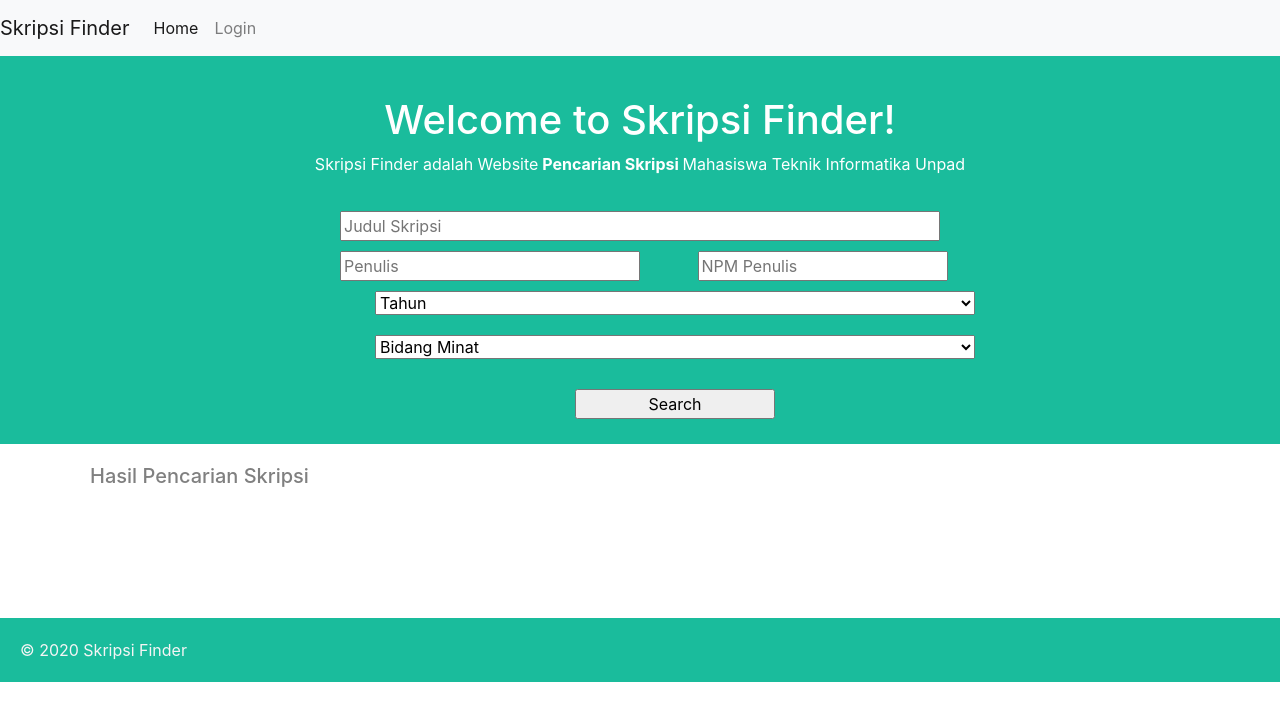
Repository: faalihnst/berita
Page: /
An editor plug-in stored every save of this project. The page is shown before and after the next save, followed by the edit.
The browser window is 1280 px wide. The pictures show the whole page.
The project was rebuilt for these pictures with package versions that can differ from the ones it lists, and the page was loaded fresh each time.

Above is the page before, as saved 2020-06-05 00:54:44.

After the next save:
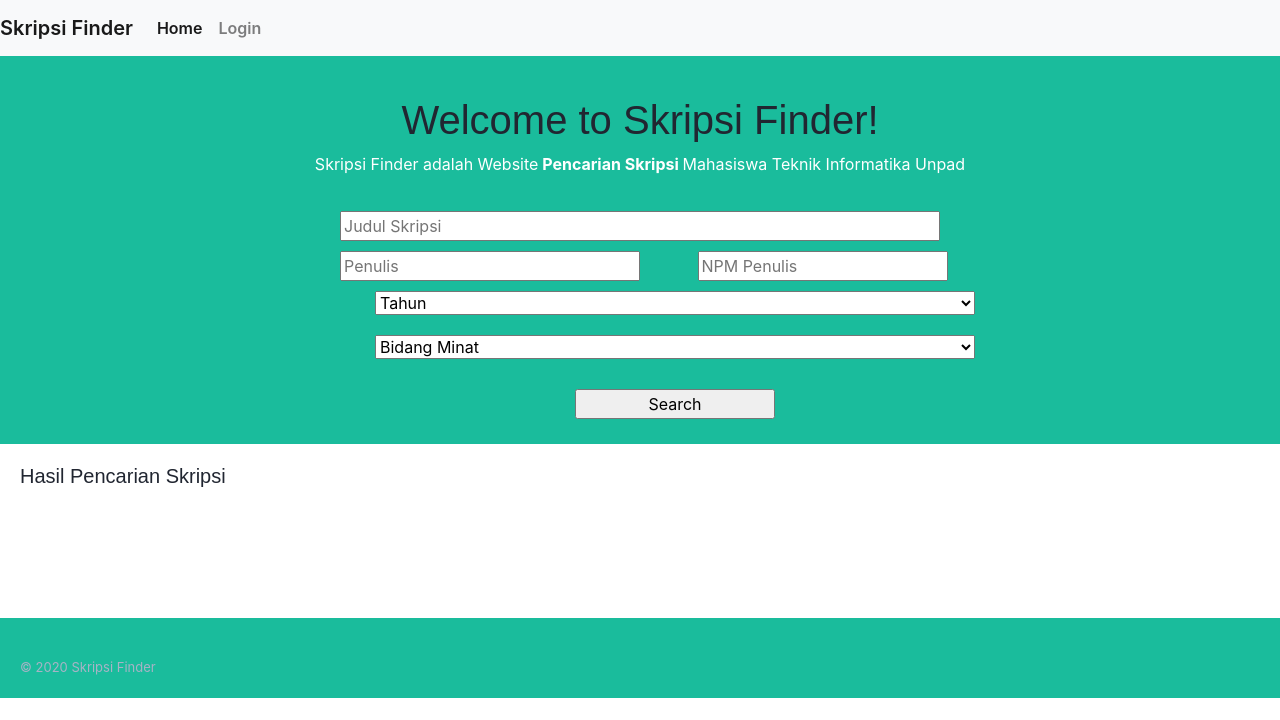
Saved 17 s later.
--- a/src/App.js
+++ b/src/App.js
@@ -2,6 +2,7 @@ import React, {useState} from 'react';
 import axios from 'axios';
 import qs from 'qs';
 import './assets/style.css';
+import './assets/style2.css';
 
 import 'bootstrap/dist/css/bootstrap.min.css';
 // import { MDBCol, MDBFormInline, MDBIcon } from "mdbreact";
